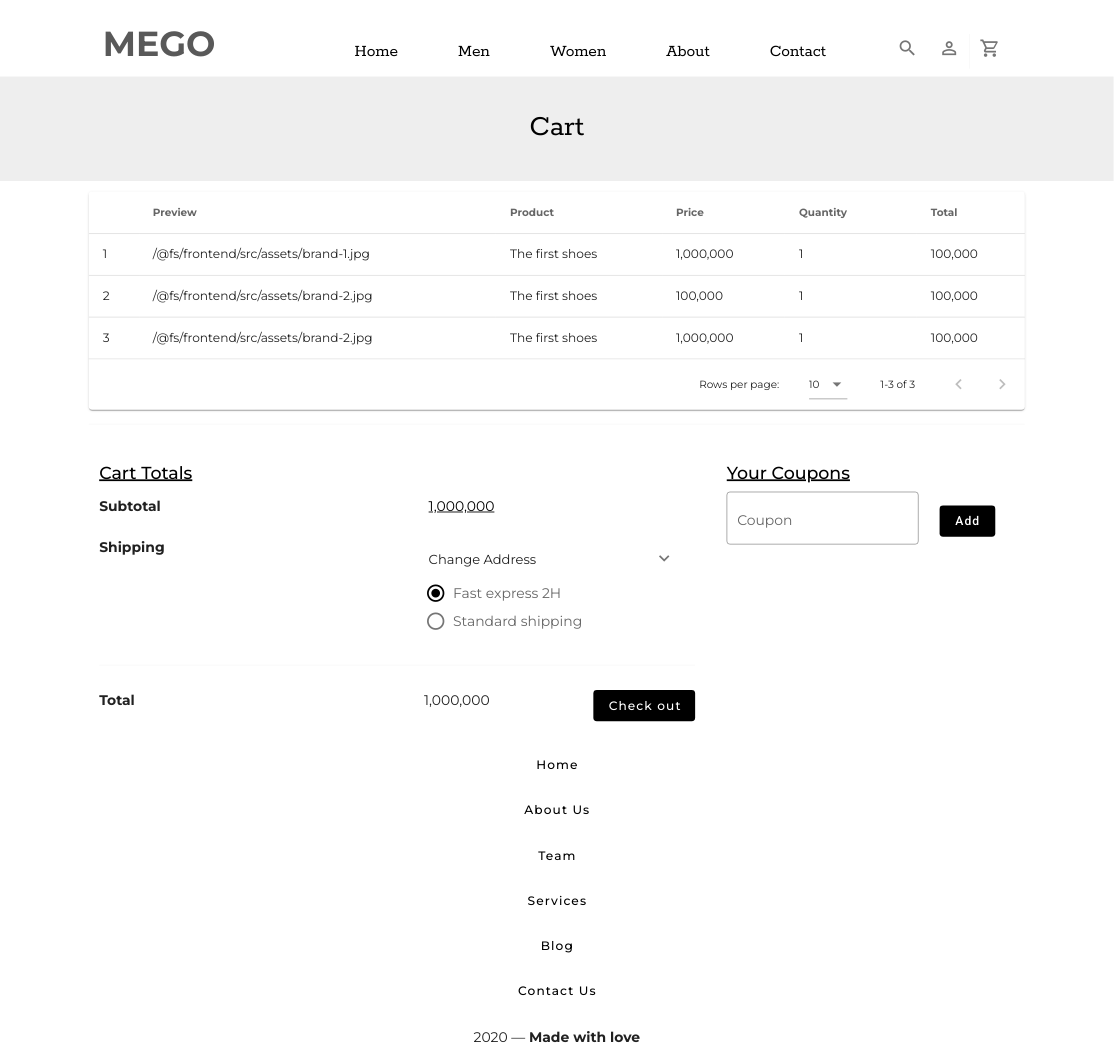
Repository: nguyenphuong152/shoesstore
Page: /cart (app in frontend/)
These files come from the project's save history. The page is drawn as it stood at one moment and after the next save; the edit follows.
The browser window is 1280 px wide. The pictures show the whole page, at 87% of full size.
The project was rebuilt for these pictures with package versions that can differ from the ones it lists, and the page was loaded fresh each time. Also part of the build but not shown: frontend/vue.config.js, frontend/src/components/Customer/Collection.vue, frontend/src/components/Customer/Banner.vue, frontend/src/components/Customer/BestSeller.vue, frontend/src/components/Customer/Partner.vue, frontend/src/views/Customer/Home.vue, frontend/src/components/Customer/ProductCategory.vue, frontend/src/components/Customer/ProductView.vue and 10 more. Imported but missing from the stored project, and not drawn on this page: frontend/src/views/Admin/Category.vue, frontend/src/views/Admin/ManageProduct.vue, frontend/src/views/Admin/ManageUser.vue, frontend/src/views/Admin/OrderList.vue.

Above is the page before, as saved 2020-11-28 21:28:03.

### frontend/public/index.html
<!DOCTYPE html>
<html lang="en">
  <head>
    <meta charset="utf-8">
    <head>
      <title>MEGO</title>
    </head>
    <meta http-equiv="X-UA-Compatible" content="IE=edge">
    <meta name="viewport" content="width=device-width,initial-scale=1.0">
    <link rel="icon" href="<%= BASE_URL %>favicon.ico">
    <title><%= htmlWebpackPlugin.options.title %></title>
    <link href="https://fonts.googleapis.com/css?family=Montserrat:300,400,500,600,700" rel="stylesheet">
    <link href="https://fonts.googleapis.com/css?family=Rokkitt:100,300,400,700" rel="stylesheet">
    <link rel="stylesheet" href="https://fonts.googleapis.com/css?family=Roboto:100,300,400,500,700,900">
    <link rel="stylesheet" href="https://cdn.jsdelivr.net/npm/@mdi/font@latest/css/materialdesignicons.min.css">
  </head>
  <body>
    <noscript>
      <strong>We're sorry but <%= htmlWebpackPlugin.options.title %> doesn't work properly without JavaScript enabled. Please enable it to continue.</strong>
    </noscript>
    <div id="app"></div>
    <!-- built files will be auto injected -->
  </body>
</html>

### frontend/src/main.js
import Vue from 'vue'
import App from './App.vue'
import vuetify from './plugins/vuetify';
import router from './router'
import '../sass/style.scss'
import 'bootstrap/dist/css/bootstrap.css'
import 'bootstrap-vue/dist/bootstrap-vue.css'
import { BootstrapVue, IconsPlugin } from 'bootstrap-vue'

Vue.use(BootstrapVue)
// Optionally install the BootstrapVue icon components plugin
Vue.use(IconsPlugin)
Vue.config.productionTip = false

new Vue({
  vuetify,
  router,
  render: h => h(App)
}).$mount('#app')

### frontend/src/App.vue
<template>
  <v-app app>
    <v-container v-if="!['Admin', 'Banner', 'Category','Product','ManageUser','OrderList','Dashboard'].includes($route.name)">
      <Toolbar />
    </v-container>
    <v-main>
      <router-view></router-view>
    </v-main>
      <Footer v-if="!['Admin', 'Banner', 'Category','Product','ManageUser','OrderList','Dashboard'].includes($route.name)"/>
  </v-app>

</template>

<script>

import Footer from "./components/Customer/Footer";
import Toolbar from "./components/Customer/Toolbar";

export default {
  name: "App",

  components: {
    Toolbar,
    Footer
  },

  data: () => ({
    //
  }),
};
</script>

### frontend/src/plugins/vuetify.js
import Vue from 'vue';
import Vuetify from 'vuetify/lib';


Vue.use(Vuetify);

const vuetify = new Vuetify({
    theme: {
      themes: {
        light: {
          primary: '#000',
          secondary: '#b0bec5',
          accent: '#8c9eff',
          error: '#b71c1c',
        },
      },
    },
  })

export default new Vuetify({
    vuetify,
});

### frontend/src/router/index.js
import Vue from "vue";
import VueRouter from "vue-router";
import Home from "../views/Customer/Home.vue";
import Men from "../views/Customer/Men.vue";
import Women from "../views/Customer/Women.vue";
import Admin from "../views/Admin/Admin.vue";
import Product from "../views/Admin/ManageProduct.vue";
import Banner from "../views/Admin/Banner.vue";
import Category from "../views/Admin/Category.vue";
import ManageUser from "../views/Admin/ManageUser.vue";
import OrderList from "../views/Admin/OrderList.vue";
import Dashboard from "../views/Admin/Dashboard.vue"
//import ProductDetail from "../views/ProductDetail.vue"

Vue.use(VueRouter);

const routes = [
  {
    path: "/",
    name: "Home",
    component: Home,
  },
  {
    path: "/men",
    name: "Men",
    component: Men,
  },
  {
    path: "/women",
    name: "Women",
    component: Women,
  },
  {
    path: "/about",
    name: "About",
    // route level code-splitting
    // this generates a separate chunk (about.[hash].js) for this route
    // which is lazy-loaded when the route is visited.
    component: () =>
      import(/* webpackChunkName: "about" */ "../views/Customer/About.vue"),
  },
  {
    path: "/contact",
    name: "Contact",
    component: () =>
      import(/* webpackChunkName: "about" */ "../views/Customer/Contact.vue"),
  },
  {
    path: "/cart",
    name: "Cart",
    component: () =>
      import(/* webpackChunkName: "about" */ "../views/Customer/Cart.vue"),
  },
  {
    path: "/account",
    name: "Account",
    component: () =>
      import(/* webpackChunkName: "about" */ "../views/Customer/Account.vue"),
  },
  {
    path: "/userlogin",
    name: "UserLogin",
    component: () =>
      import(/* webpackChunkName: "about" */ "../views/Customer/UserLogin.vue"),
  },
  {
    path: "/checkout",
    name: "Checkout",
    component: () =>
      import(/* webpackChunkName: "about" */ "../views/Customer/Checkout.vue"),
  },
  {
    path: "/product/:id",
    name: "ProductDetail",
    component: () =>
      import(/* webpackChunkName: "about" */ "../views/Customer/ProductDetail.vue"),
  },
  {
    path: "/admin",
    name: "Admin",
    component: Admin,
    children: [
      {
        path: "/banner",
        name: "Banner",
        component: Banner,
      },
      {
        path: "/category",
        name: "Category",
        component: Category,
      },
      {
        path: "/product",
        name: "Product",
        component: Product,
      },
      {
        path: "/manageuser",
        name: "ManageUser",
        component: ManageUser,
      },
      {
        path: "/orderlist",
        name: "OrderList",
        component: OrderList,
      },
      {
        path: "/dashboard",
        name: "Dashboard",
        component: Dashboard,
      },
    ],
  },
];

const router = new VueRouter({
  mode: "history",
  base: process.env.BASE_URL,
  routes,
});

export default router;

### frontend/sass/style.scss

$font-primary: 'Montserrat',
Arial,
sans-serif;
$font-secondary: 'Rokkitt',
Georgia,
serif;


@import '~vuetify/src/styles/styles.sass';

// Overrides
$grid-gutter-width: 20px !default;
$border-radius-base: 4px !default;
$padding-base-vertical: 14px !default;

$brand-primary: #616161 !default;
$brand-secondary: #88c8bc !default;
$brand-yellow: #FFDD00 !default;
$brand-footer-color: #2C2E3E;

$brand-white: #fff;
$brand-black: #000;
$brand-darker: #444;
$brand-gray: #ccc;
$brand-lighter: #e9e9e9;
$brand-body-color: #e8e8e8;
$brand-selection-color: #f9f6f0;
$brand-overlay-color: #4c4a8a;
$brand-bg-color: $brand-white;

.v-btn {
  text-transform:none !important;
}
// .v-text-field{
//   width: 50px;
//   height: 10px;
// }

#app {
  -webkit-font-smoothing: antialiased;
  -moz-osx-font-smoothing: grayscale;

  text-align: center;
  .container {
    max-width: 1100px;
  }
  font: 300
}

.nav {
  padding-left: 0px;
  a {
    font-size: 20px;
    color: lighten($brand-black,35%);
    font-family: $font-secondary;
    text-decoration: none;
    font-weight: 500;
    &.router-link-exact-active {
      color: #42b983;
    }

  }
}

#logo {
  font-size: 40px;
  font-weight: 700;
  font-family: $font-primary;
  color: lighten($brand-black, 35%);
}


.slogan {
  font-size: 50px;
  color: #2c3e50;
  font-family: $font-secondary;
  text-decoration: none;
}

.title-collection{
  @extend .slogan;
  font-size: 25px;
}


.slogan-3 {
  @extend .slogan;
  font-size: 35px;
}

.title-shoes {
  @extend .slogan;
  font-size: 20px;
}


.footer-text {
  font-family:$font-primary;
  font-size: 16px;
}

.admin {
  font-family: $font-primary;
  font-size:16px;
}

.admin-nav {
  font-family: $font-primary !important;
  font-size: 20px !important;
  color: white !important;
}

### frontend/src/components/Customer/Footer.vue
<template>
  <v-footer class="white" padless>
    <v-row justify="center" no-gutters>
      <v-btn
        v-for="link in links"
        :key="link"
        color="black"
        text
        rounded
        class="my-2 footer-text"
      >
        {{ link }}
      </v-btn>
      <v-col class="white py-4 text-center fluid footer-text" cols="12">
        {{ new Date().getFullYear() }} — <strong>Made with love</strong>
      </v-col>
    </v-row>
  </v-footer>
</template>

<script>
export default {
  data: () => ({
    links: ["Home", "About Us", "Team", "Services", "Blog", "Contact Us"],
  }),
};
</script>

<style></style>

### frontend/src/components/Customer/Toolbar.vue
<template>
  <v-toolbar flat>
    <v-row class="d-flex align-baseline">
      <v-col cols="3" class="d-flex justify-lg-start">
        <v-toolbar-title id="logo">MEGO</v-toolbar-title>
      </v-col>
      <v-col class="d-flex justify-space-around text-start nav">
        <router-link to="/">Home</router-link>
        <router-link to="/men">Men</router-link>
        <router-link to="/women">Women</router-link>
        <router-link to="/about">About</router-link>
        <router-link to="/contact">Contact</router-link>
      </v-col>
      <v-col cols="2" class="d-flex justify-end">
        <v-btn icon>
          <v-icon>mdi-magnify</v-icon>
        </v-btn>
        <v-menu
          open-on-hover
          top
          offset-y
          :position-x="960"
          :position-y="230"
          absolute
        >
          <template v-slot:activator="{ on, attrs }">
            <v-btn icon v-bind="attrs" v-on="on">
              <v-icon>mdi-account-outline</v-icon>
            </v-btn>
          </template>

          <v-list class="text-start nav">
            <v-list-item v-for="(item, index) in routes" :key="index" :to="item.path">
              <v-list-item-title>{{ item.name }}</v-list-item-title>
            </v-list-item>
          </v-list>
        </v-menu>
        <v-divider vertical inset></v-divider>
        <v-btn icon @click="goToCart">
          <v-icon>mdi-cart-outline</v-icon>
        </v-btn>
      </v-col>
    </v-row>
  </v-toolbar>
</template>

<script>
export default {
  data: () => ({
    routes: [
      {
        path:"/checkout",
        name:"Check Out"
       },
       {
        path:"/account",
        name:"My Account"
       },
       {
        path:"/userlogin",
        name:"User Login"
       },

    ],
  }),
  methods: {
     goToCart: function() {
     this.$router.push({name: 'Cart'})
     }
  }
};
</script>

<style></style>

### frontend/src/views/Customer/Cart.vue
<template>
  <div class="cart app">
    <v-sheet color="grey lighten-3" height="120">
      <v-container py-8>
        <a class="slogan-3">Cart</a>
      </v-container>
    </v-sheet>
    <div>
      <v-container>
        <totalProducts />
        <v-divider></v-divider>
        <v-row class=" d-flex align-baseline">
          <v-col>
            <cartTotals />
          </v-col>
          <v-col cols="4">
            <addCoupons />
          </v-col>
        </v-row>
      </v-container>
    </div>
  </div>
</template>

<script>
import totalProducts from "../../components/Customer/TotalProducts";
import addCoupons from "../../components/Customer/AddCoupon";
import cartTotals from "../../components/Customer/CartTotal";

export default {
  components: { totalProducts, addCoupons, cartTotals },
  data() {},
};
</script>

### frontend/src/components/Customer/TotalProducts.vue
<template>

      <v-data-table :headers="headers" :items="products" class="elevation-1 admin">
        <template v-slot:item.preview>
          <v-img
            lazy-src="item.path"
            max-height="100"
            max-width="100"
            src="'item.path'"
          ></v-img>
        </template>
      </v-data-table>


</template>

<script>
export default {
  data() {
    return {
      headers: [
        {
          text: "",
          align: "start",
          sortable: false,
          value: "id",
        },
        { text: "Preview", value: "path" },
        { text: "Product", value: "name" },
        { text: "Price", value: "price" },
        { text: "Quantity", value: "quantity" },
        { text: "Total", value: "total" },
      ],
      products: [
        {
          id: 1,
          path: require('../../assets/brand-1.jpg'),
          name: "The first shoes",
          price: Intl.NumberFormat('en-EN', { maximumSignificantDigits: 3 }).format(1000000),
          quantity: 1,
          total: Intl.NumberFormat('en-EN', { maximumSignificantDigits: 3 }).format(100000),
        },
        {
          id: 2,
          path: require('../../assets/brand-2.jpg'),
          name: "The first shoes",
          price:Intl.NumberFormat('en-EN', { maximumSignificantDigits: 3 }).format(100000),
          quantity: 1,
          total: Intl.NumberFormat('en-EN', { maximumSignificantDigits: 3 }).format(100000)
        },
        {
         id: 3,
          path: require('../../assets/brand-2.jpg'),
          name: "The first shoes",
          price: Intl.NumberFormat('en-EN', { maximumSignificantDigits: 3 }).format(1000000),
          quantity: 1,
          total:Intl.NumberFormat('en-EN', { maximumSignificantDigits: 3 }).format(100000),
        },
      ],
    };
  },
};
</script>

<style></style>

### frontend/src/components/Customer/AddCoupon.vue
<template>
  <div class="app text-start">
      <a class="admin-nav font-weight-medium black--text">Your Coupons</a>
      <v-row class="d-flex align-baseline">
           <v-col
          cols="8"
        >
          <v-text-field
          class="admin"
            label="Coupon"
            outlined
          ></v-text-field>
        </v-col>
         <v-col
        >
           <v-btn
      depressed
      color="primary"
    >
      Add
    </v-btn>
        </v-col>
      </v-row>
  </div>
</template>

<script>
export default {

}
</script>

<style>

</style>

### frontend/src/components/Customer/CartTotal.vue
<template>
  <v-container class="text-start admin">
    <a class="admin-nav font-weight-medium black--text">Cart Totals</a>
    <v-row>
      <v-col>
        <strong> Subtotal</strong>
      </v-col>
      <v-col>
        <a class="pl-6">{{
          Intl.NumberFormat("en-EN", { maximumSignificantDigits: 3 }).format(
            1000000
          )
        }}</a>
      </v-col>
    </v-row>
    <v-row>
      <v-col>
        <strong> Shipping</strong>
      </v-col>
      <v-col>
        <v-expansion-panels flat dense>
          <v-expansion-panel class="admin text-start pa-0">
            <v-expansion-panel-header>
              Change Address
            </v-expansion-panel-header>
            <v-expansion-panel-content>
              <v-combobox
                class="admin text-start"
                v-model="select"
                :items="items"
                dense
                filled
                solo
                flat
              ></v-combobox>
              <v-text-field label="City" outlined></v-text-field>
              <v-text-field label="Postcode/ZIP" outlined></v-text-field>
              <v-btn depressed color="primary">
                Update
              </v-btn>
            </v-expansion-panel-content>
          </v-expansion-panel>
        </v-expansion-panels>
        <v-radio-group v-model="radioGroup" class=" ma-0 pl-5">
          <v-radio
            v-for="shipping in shippings"
            :key="shipping"
            :label="shipping.label"
            :value="shipping.value"
          ></v-radio>
        </v-radio-group>
      </v-col>
    </v-row>
    <v-divider></v-divider>
    <v-row>
      <v-col>
        <strong> Total</strong>
      </v-col>
      <v-col class="text-end">
        <a>{{
          Intl.NumberFormat("en-EN", { maximumSignificantDigits: 3 }).format(
            1000000
          )
        }}</a>
      </v-col>
      <v-col class="text-end">
        <v-btn depressed color="primary">
          Check out
        </v-btn>
      </v-col>
    </v-row>
  </v-container>
</template>

<script>
export default {
  data() {
    return {
      radioGroup: 1,
      shippings: [
        {
          label: "Fast express 2H",
          value: 1,
        },
        {
          label: "Standard shipping",
          value: 2,
        },
      ],
      select: ["Viet Nam"],
      items: ["US", "UK", "AUS", "CANADA"],
    };
  },
};
</script>

<style></style>

After the next save:
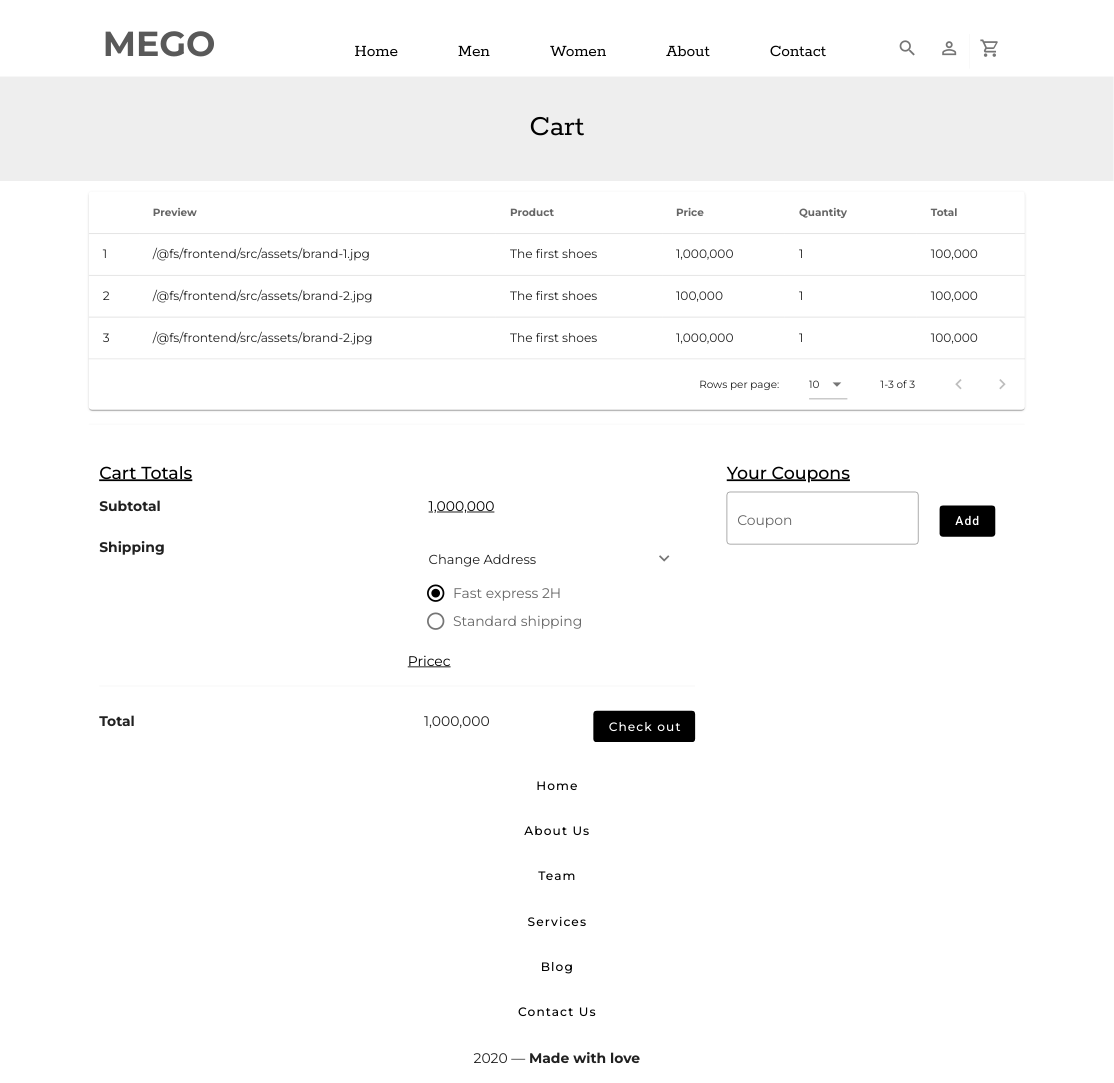
Saved 2 min 46 s later.
--- a/frontend/src/components/Customer/CartTotal.vue
+++ b/frontend/src/components/Customer/CartTotal.vue
@@ -49,6 +49,7 @@
             :value="shipping.value"
           ></v-radio>
         </v-radio-group>
+        <a class="admin"> Pricec </a>
       </v-col>
     </v-row>
     <v-divider></v-divider>
